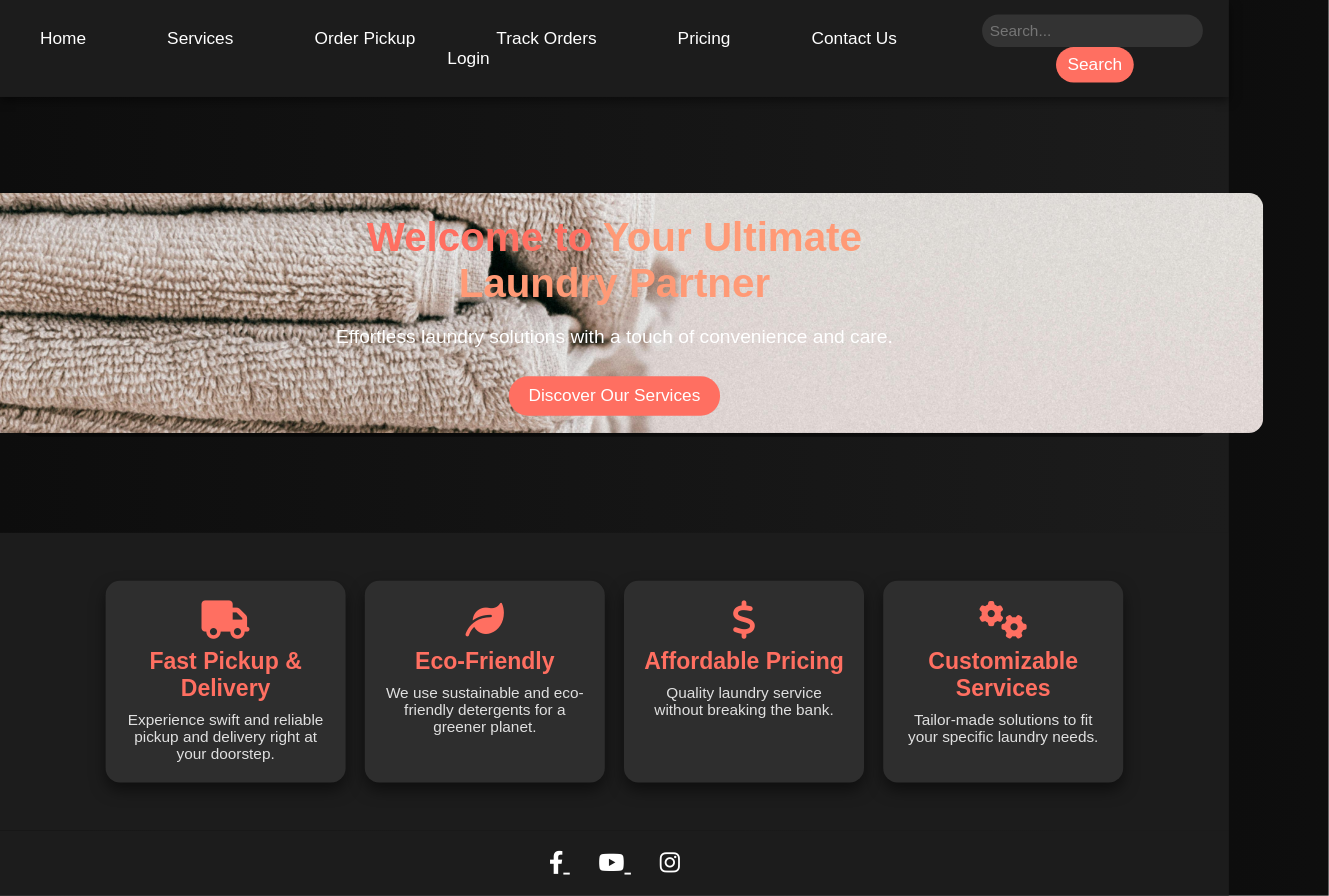
Repository: wmrmweerakoon/Online-Laundry-Management-System
Page: http://localhost/LaundryManagementSystem/home.jsp
An editor plug-in stored every save of this project. The page is shown before and after the next save, followed by the edit.
The browser window is 1280 px wide. The page is 1384 px wide, so the pictures cover 1384 px, including what lies to the right of the window. The pictures show the whole page, at 96% of full size.
The page is served by Tomcat 9.

Above is the page before, as saved 2024-10-08 04:06:26.

After the next save:
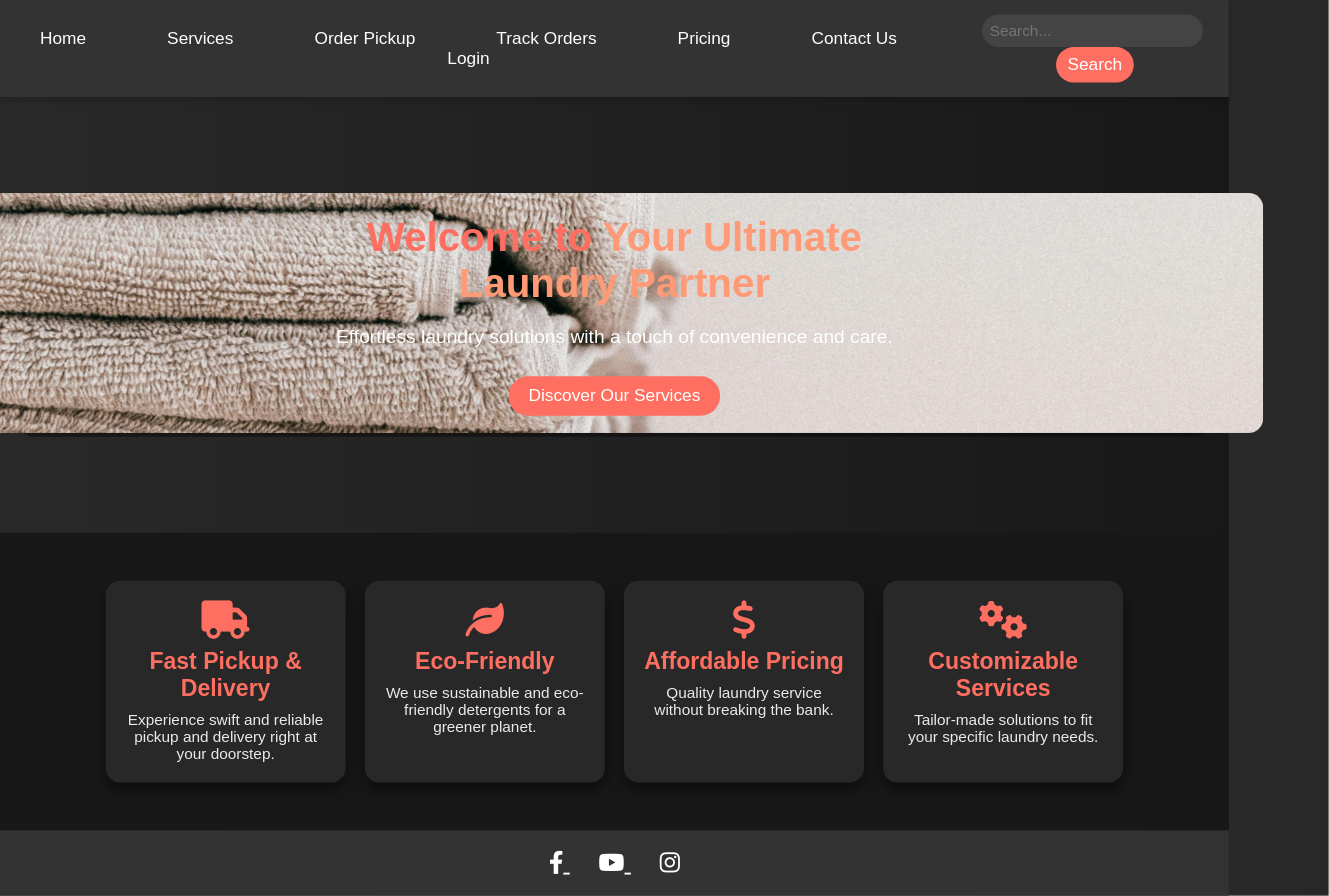
Saved 2 min 20 s later.
--- a/Projects/LaundryManagementSystem/src/main/webapp/CSS/home.css
+++ b/Projects/LaundryManagementSystem/src/main/webapp/CSS/home.css
@@ -5,16 +5,17 @@
     --secondary-color: #ff9a76; /* Light Coral */
     --accent-color: #ffffff; /* White */
     --hover-color: #ff4824; /* Darker Coral */
-    --menu-bg-color: #1c1c1c; /* Darker gray for menu bar */
-    --menu-hover-bg-color: #2c2c2c; /* Slightly lighter gray for hover */
+    --menu-bg-color: #333; /* Darker gray for menu bar */
+    --menu-hover-bg-color: #444; /* Slightly lighter gray for hover */
     --menu-text-color: #ffffff; /* White text for contrast */
-    --search-bar-bg: #333; /* Darker background for search bar */
-    --bg-gradient-start: #0d0d0d; /* Darker Start */
-    --bg-gradient-end: #1c1c1c; /* Darker End */
-    --text-primary: #e0e0e0; /* Light gray for text */
-    --button-hover-color: #ff4824; /* Deep Coral */
-    --info-card-bg: #2e2e2e; /* Darker gray for info cards */
-    --info-card-border: #444; /* Light border for info cards */
+    --search-bar-bg: #444; /* Darker background for search bar */
+    --bg-color: #181818; /* Dark background for the main section */
+    --bg-gradient-start: #292929; /* Dark Gray */
+    --bg-gradient-end: #181818; /* Darker Gray */
+    --text-primary: #eaeaea; /* Light Gray text */
+    --button-bg-color: #ff6f61; /* Coral Pink */
+    --button-hover-color: #ff3e0d; /* Darker Coral */
+    --card-bg-color: #282828; /* Slightly lighter dark for cards */
 }
 
 * {
@@ -33,7 +34,7 @@ body {
 header {
     background-color: var(--menu-bg-color);
     padding: 15px 0;
-    box-shadow: 0 4px 10px rgba(0, 0, 0, 0.5);
+    box-shadow: 0 4px 10px rgba(0, 0, 0, 0.2);
 }
 
 nav {
@@ -67,22 +68,7 @@ nav ul li a {
 nav ul li a:hover {
     background-color: var(--menu-hover-bg-color);
     transform: scale(1.05);
-    box-shadow: 0 4px 10px rgba(0, 0, 0, 0.5);
-}
-
-nav ul li a::after {
-    content: '';
-    position: absolute;
-    width: 0;
-    height: 3px;
-    background-color: var(--primary-color);
-    left: 0;
-    bottom: 0;
-    transition: width 0.3s ease;
-}
-
-nav ul li a:hover::after {
-    width: 100%;
+    box-shadow: 0 4px 10px rgba(0, 0, 0, 0.2);
 }
 
 /* Search Bar */
@@ -106,12 +92,12 @@ nav ul li a:hover::after {
 
 .search-container input:focus {
     width: 270px;
-    background-color: #444; /* Darker focus color */
+    background-color: #666;
 }
 
 .search-container button {
     padding: 8px 12px;
-    background-color: var(--primary-color);
+    background-color: var(--button-bg-color);
     color: var(--accent-color);
     border: none;
     border-radius: 20px;
@@ -120,15 +106,15 @@ nav ul li a:hover::after {
 }
 
 .search-container button:hover {
-    background-color: var(--hover-color);
-    box-shadow: 0 4px 6px rgba(0, 0, 0, 0.3);
+    background-color: var(--button-hover-color);
+    box-shadow: 0 4px 6px rgba(0, 0, 0, 0.2);
 }
 
 /* Home Section */
 .home-section {
     text-align: center;
     padding: 100px 20px;
-    background-color: transparent;
+    background-color: transparent; /* Let the gradient background show */
     position: relative;
 }
 
@@ -152,7 +138,7 @@ nav ul li a:hover::after {
     left: 0;
     width: 100%;
     height: 100%;
-    background: rgba(0, 0, 0, 0.5); /* Adjust color and opacity as needed */
+    background: rgba(0, 0, 0, 0.4); /* Dark overlay */
     border-radius: 15px;
 }
 
@@ -182,7 +168,7 @@ nav ul li a:hover::after {
 button {
     padding: 10px 20px;
     font-size: 18px;
-    background-color: var(--primary-color);
+    background-color: var(--button-bg-color);
     color: var(--accent-color);
     border: none;
     cursor: pointer;
@@ -199,7 +185,7 @@ button:hover {
 .info-section {
     text-align: center;
     padding: 50px 20px;
-    background-color: #1c1c1c; /* Dark background for info section */
+    background-color: var(--bg-color); /* Dark background for info section */
     color: var(--text-primary);
 }
 
@@ -211,7 +197,7 @@ button:hover {
 }
 
 .info-card {
-    background-color: var(--info-card-bg); /* Darker gray for info cards */
+    background-color: var(--card-bg-color);
     border-radius: 15px;
     padding: 20px;
     width: 250px;
